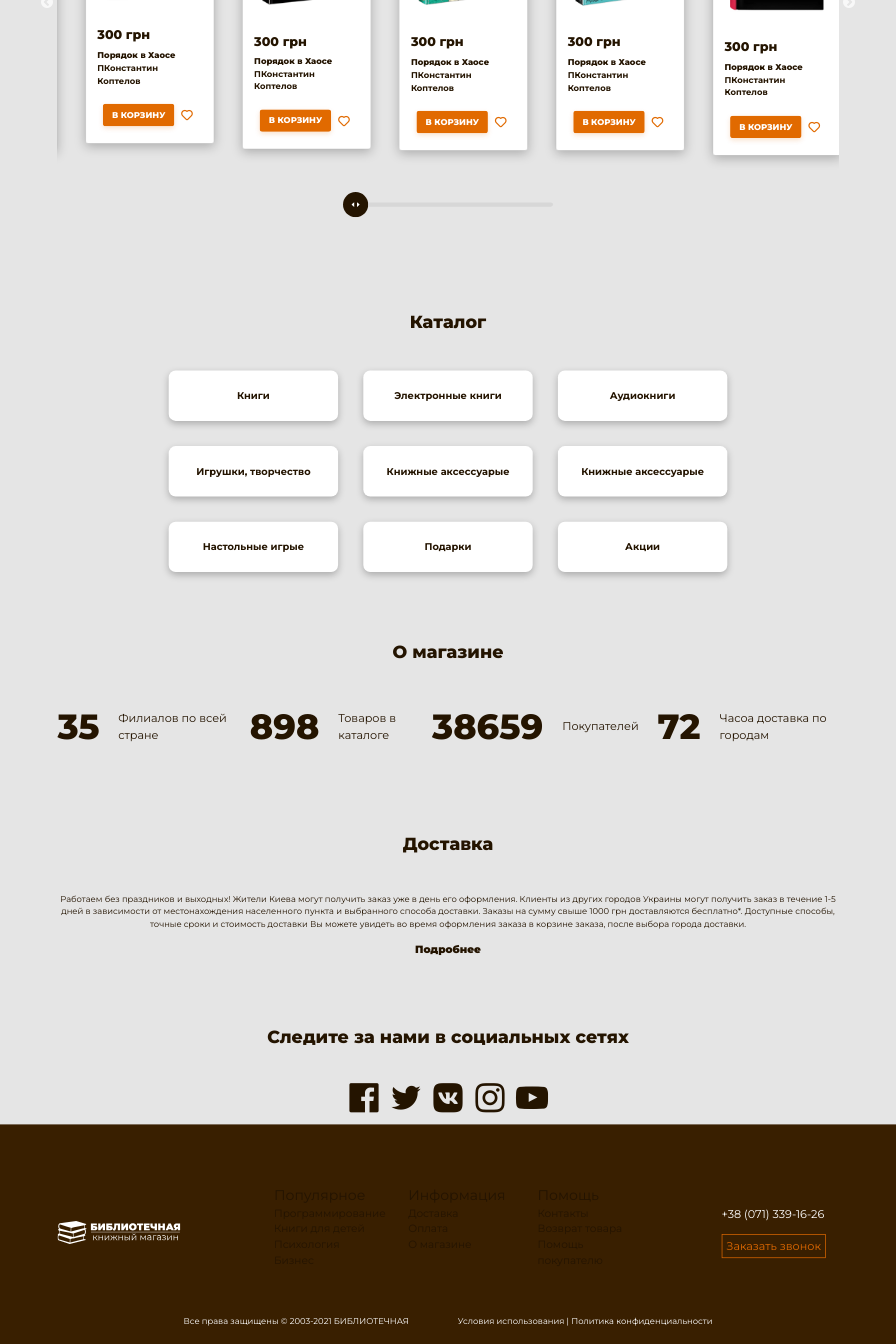
Repository: saidabbasun/Kutubxona
Page: /
These files come from the project's save history. The page is drawn as it stood at one moment and after the next save; the edit follows.
The browser window is 1280 px wide. The pictures show the part of the page from y = 1876 to 3796 px (the page is 3796 px tall), at 70% of full size.
The project was rebuilt for these pictures with package versions that can differ from the ones it lists, and the page was loaded fresh each time.

Above is the page before, as saved 2022-05-31 05:36:19.

After the next save:
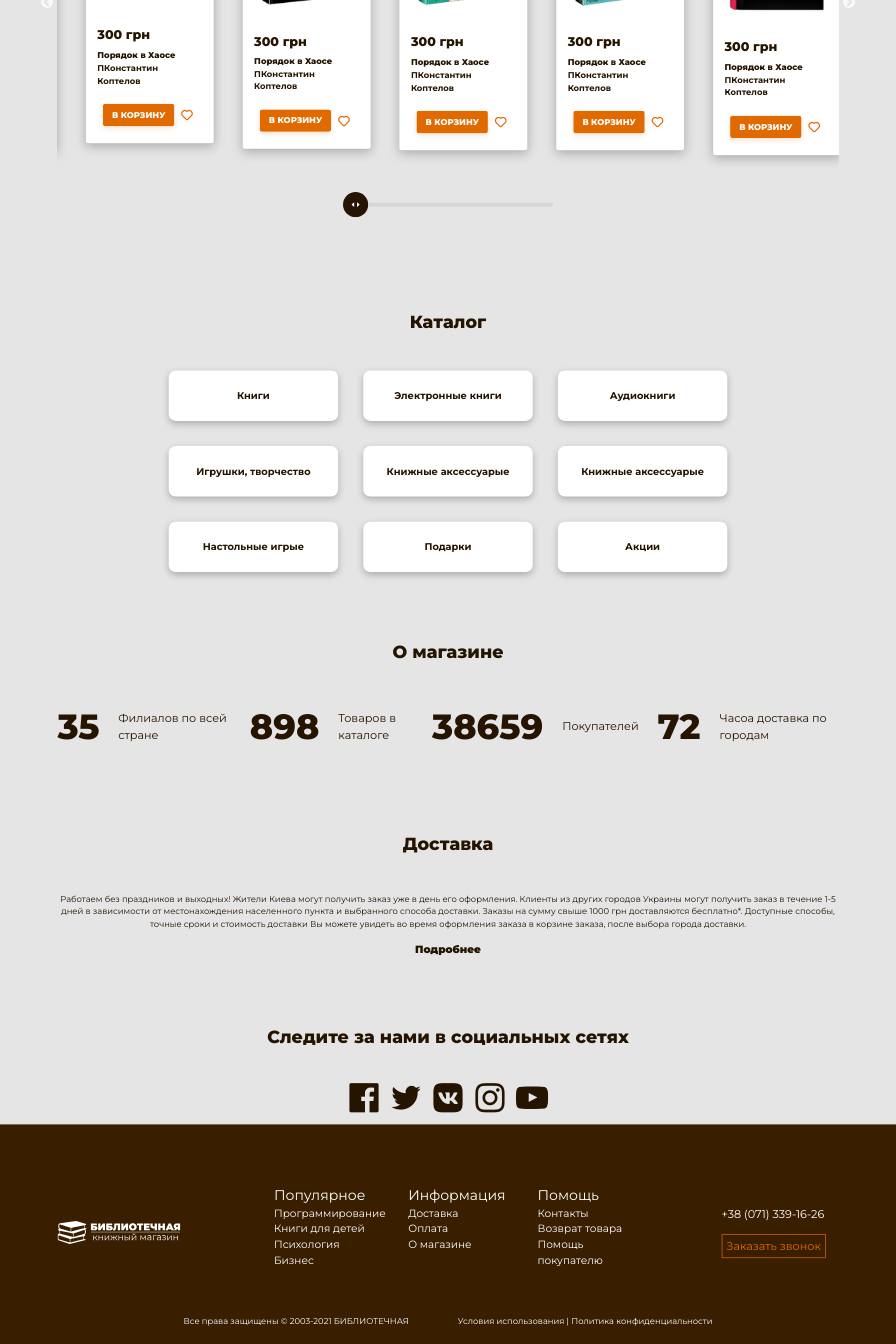
Saved 4 s later.
--- a/src/Style/Footer/Footer.scss
+++ b/src/Style/Footer/Footer.scss
@@ -35,7 +35,9 @@
     display: grid;
 grid-template-columns: repeat(3,1fr);
 padding: 50px 110px;
-
+li{
+    color: $color_white;
+}
 }
 
 .Tel{

After the save that followed:
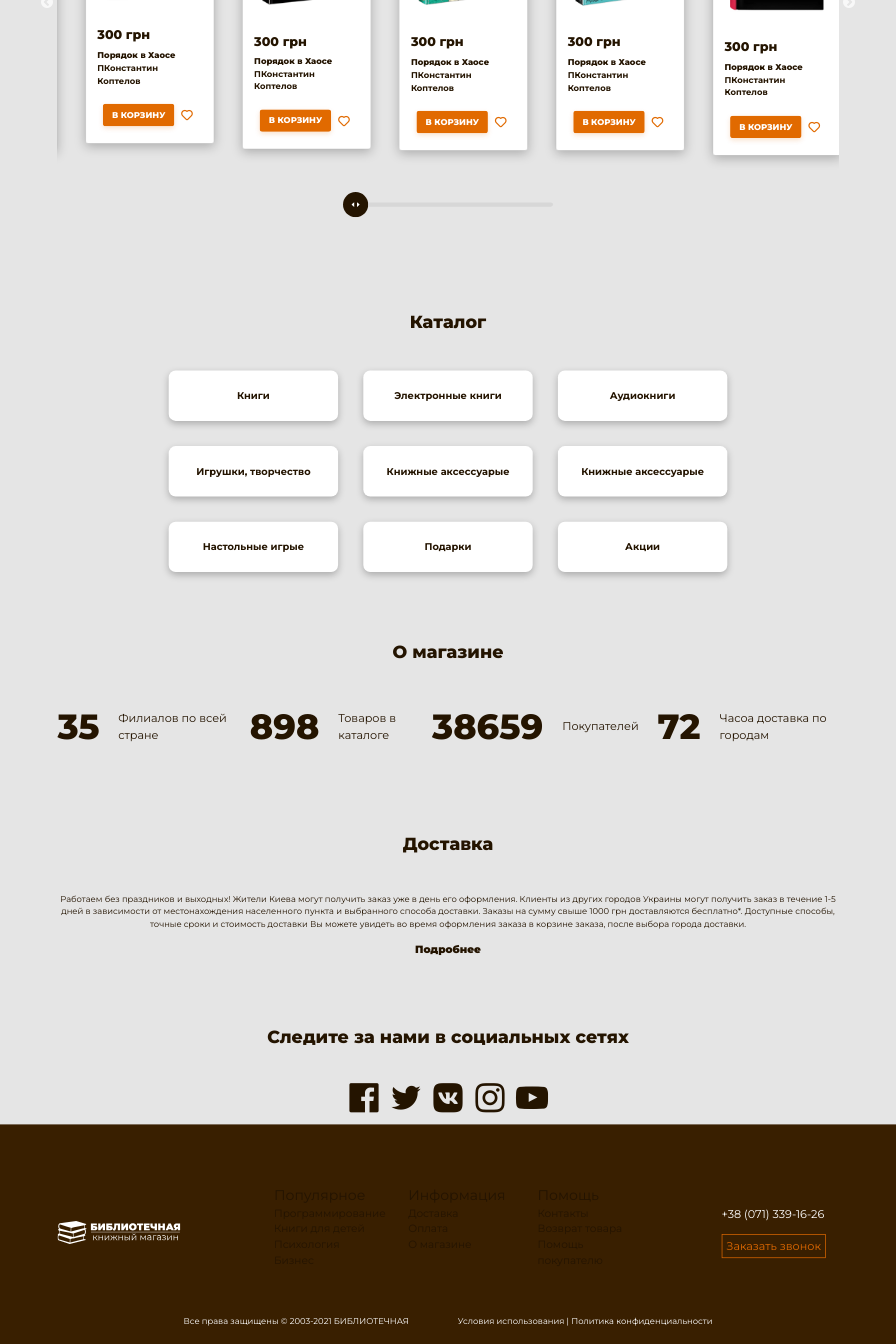
Saved 6 s later.
--- a/src/Style/Footer/Footer.scss
+++ b/src/Style/Footer/Footer.scss
@@ -36,7 +36,7 @@
 grid-template-columns: repeat(3,1fr);
 padding: 50px 110px;
 li{
-    color: $color_white;
+
 }
 }
 
